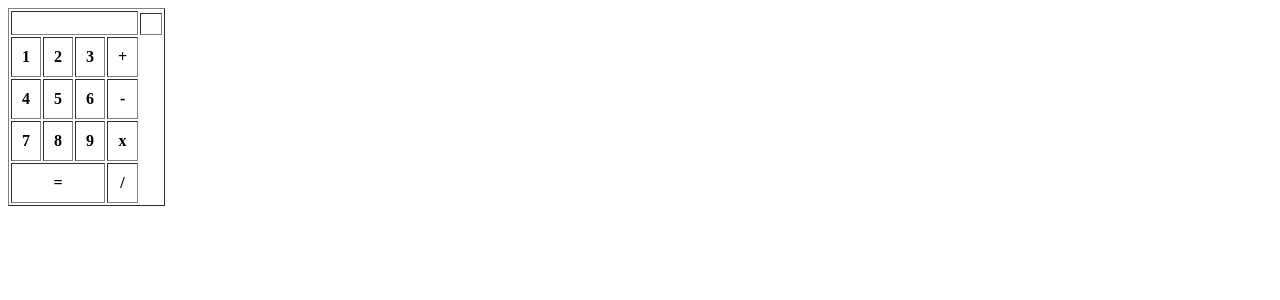
Repository: oUYUo/javaweb_and_javaBaseKnowLedge
Page: http://localhost/computer/
The author's editor kept a copy of each file at every save. The page is drawn from the files as they stood at one save, then again after the next save.
The browser window is 1280 px wide. The pictures show the whole page.
The page is served by Tomcat 9.

Above is the page before, as saved 2018-02-27 08:56:14.

### computer/WebContent/index.jsp
<%@ page language="java" contentType="text/html; charset=UTF-8"
    pageEncoding="UTF-8"%>
<!DOCTYPE html PUBLIC "-//W3C//DTD HTML 4.01 Transitional//EN" "http://www.w3.org/TR/html4/loose.dtd">
<html>
<head>
<meta http-equiv="Content-Type" content="text/html; charset=UTF-8">
<title>Insert title here</title>
</head>
<body>
<table border="1" cellpadding="10">
  <tr>
  <td rowspan="2" colspan="4"></td>
  </tr>
 	<tr><th></th></tr>
  <tr>
    <th>1</th>
    <th>2</th>
    <th>3</th>
    <th>+</th>
  </tr>
  <tr>
    <th>4</th>
    <th>5</th>
    <th>6</th>
    <th>-</th>
  </tr>
   <tr>
    <th>7</th>
    <th>8</th>
    <th>9</th>
    <th>x</th>
  </tr>
  <tr>
  	<th colspan="3">=</th>
  	<th>/</th>
  </tr>
</table>

</body>
</html>

After the next save:
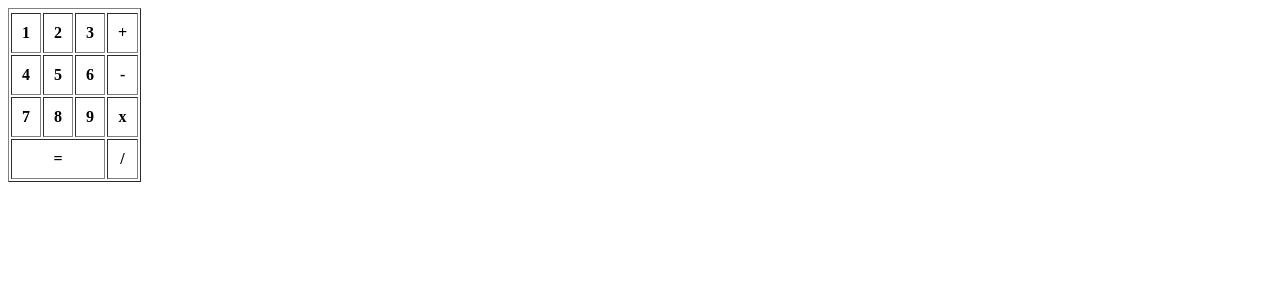
Saved 16 s later.
--- a/computer/WebContent/index.jsp
+++ b/computer/WebContent/index.jsp
@@ -9,9 +9,8 @@
 <body>
 <table border="1" cellpadding="10">
   <tr>
-  <td rowspan="2" colspan="4"></td>
-  </tr>
- 	<tr><th></th></tr>
+  <tdcolspan="4"></td>
+
   <tr>
     <th>1</th>
     <th>2</th>
